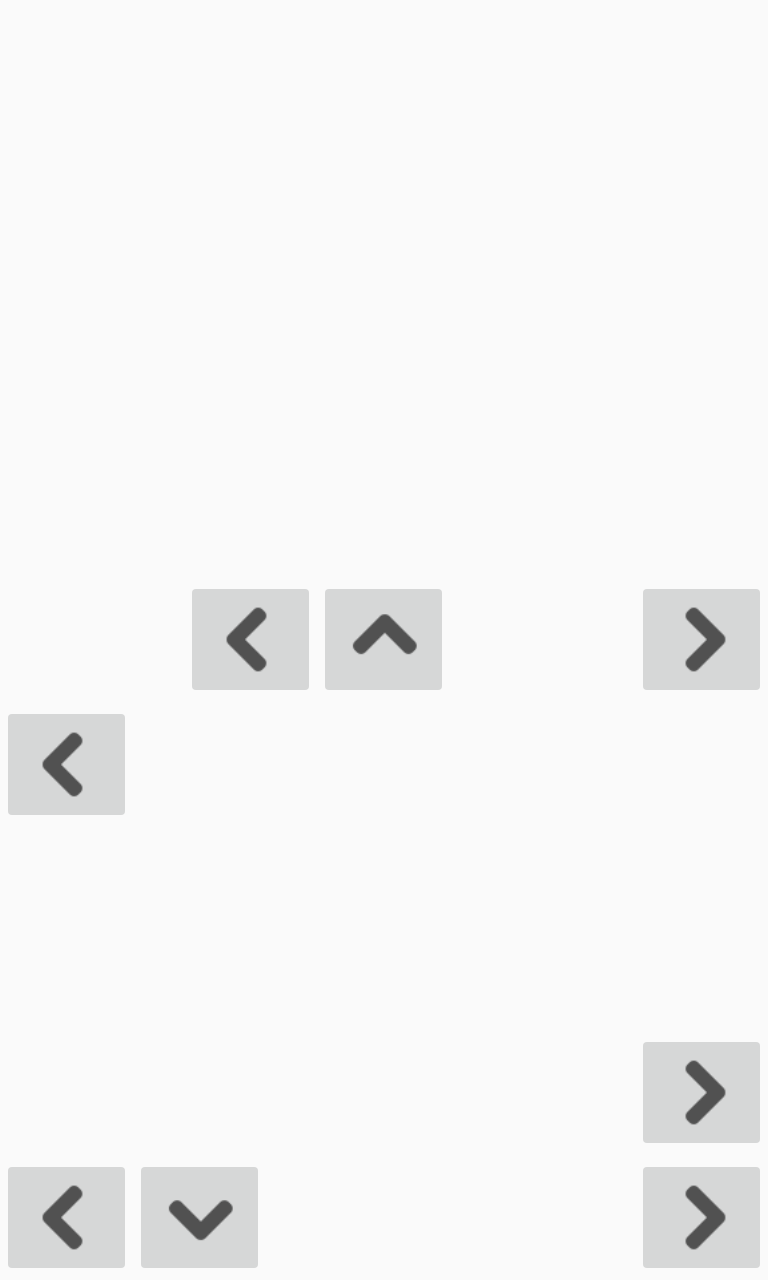
Repository: cjsatuforc/Bobina
Layout: source/android/Bobina/res/layout/control.xml
These files come from the project's save history. The layout is drawn as it stood at one moment and after the next save; the edit follows.
It is drawn on a 768 x 1280 px phone screen (xhdpi) without system bars, with theme AppTheme; the app's code is not run.

Above is the layout before, as saved 2015-04-25 23:50:33.

After the next save:
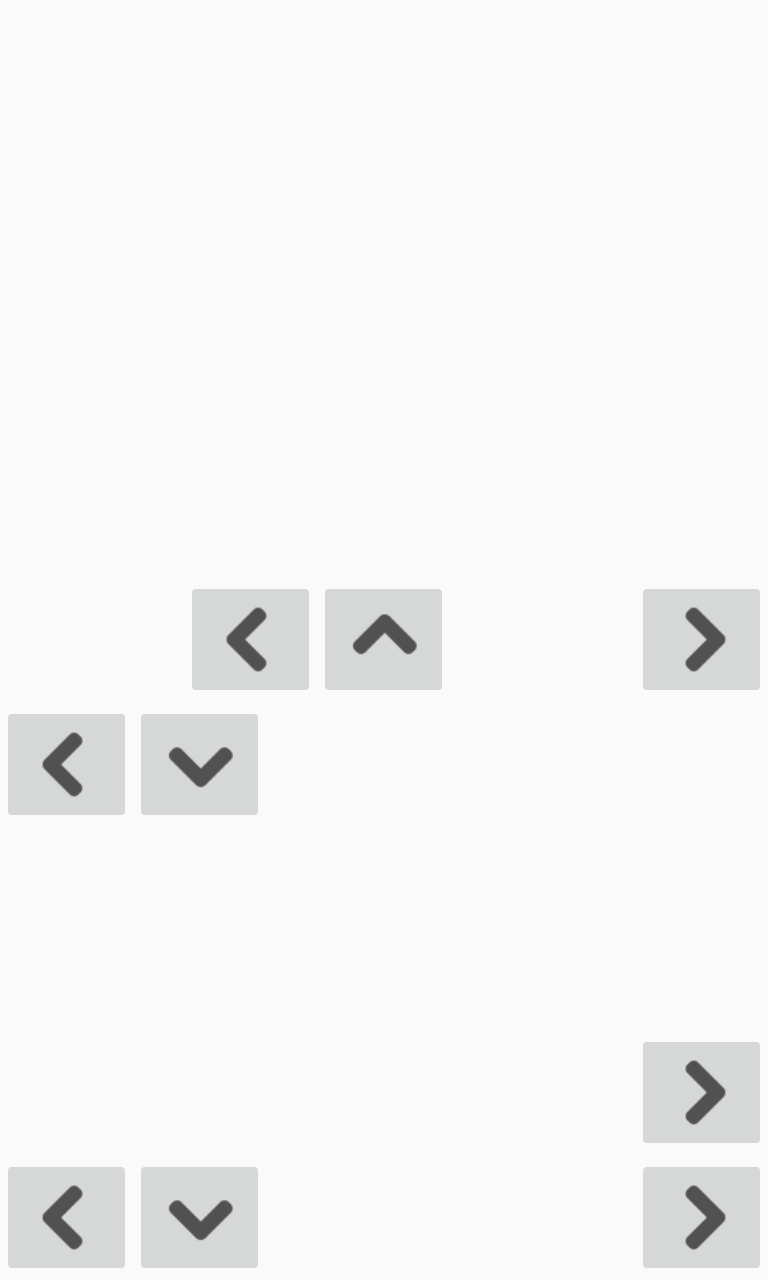
Saved 6 s later.
--- a/source/android/Bobina/res/layout/control.xml
+++ b/source/android/Bobina/res/layout/control.xml
@@ -68,4 +68,12 @@
         android:layout_alignParentRight="true"
         android:src="@drawable/right" />
 
+    <ImageButton
+        android:id="@+id/ImageButton05"
+        android:layout_width="wrap_content"
+        android:layout_height="wrap_content"
+        android:layout_alignLeft="@+id/imageButton2"
+        android:layout_alignTop="@+id/imageButton3"
+        android:src="@drawable/back" />
+
 </RelativeLayout>
